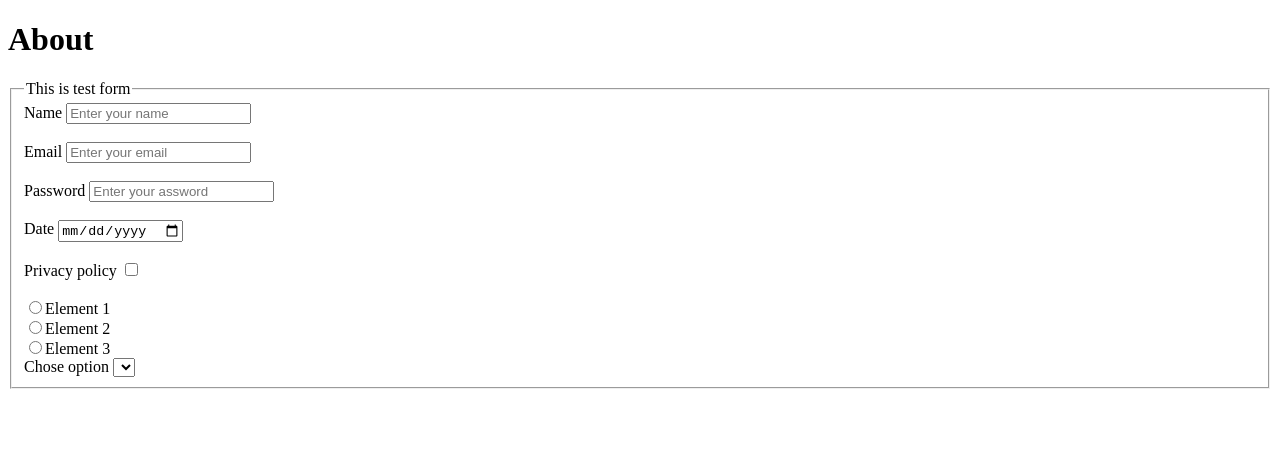
Repository: fisikusari/test-repo
Page: about.html
An editor plug-in stored every save of this project. The page is shown before and after the next save, followed by the edit.
The browser window is 1280 px wide. The pictures show the whole page.

Above is the page before, as saved 2021-11-11 19:28:26.

After the next save:
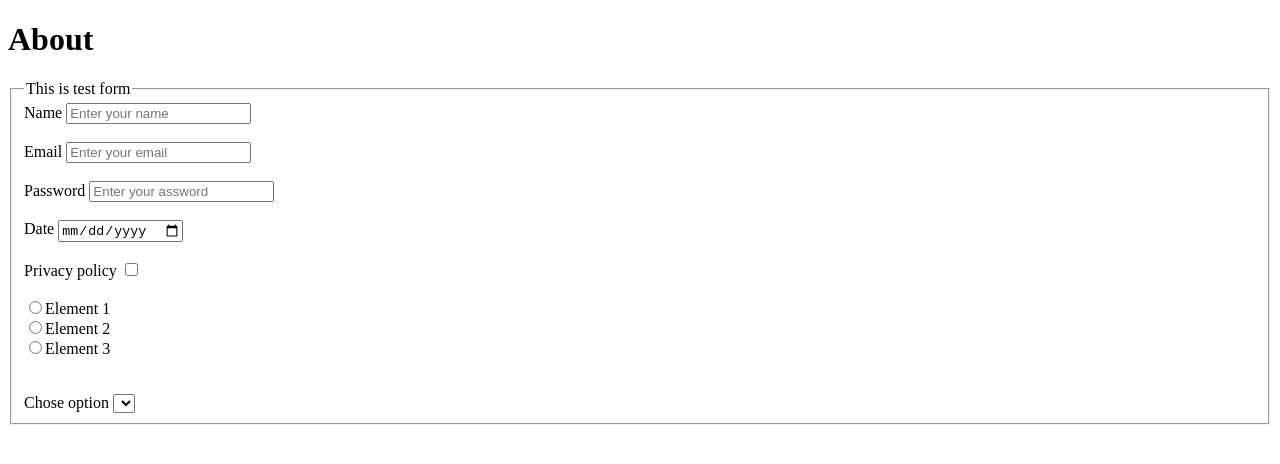
Saved 14 s later.
--- a/about.html
+++ b/about.html
@@ -30,8 +30,9 @@
         <input type="radio" name="default_name" value="2">Element 2 <br>
         <input type="radio" name="default_name" value="3">Element 3 <br>
       </label>
+      <br> <br>
       <label for="options">Chose option</label>
-      <select name="" id="options"></select>
+      <select name="options" id="options"></select>
     </fieldset>
     <!--Fieldset Ends here-->
   </form>
